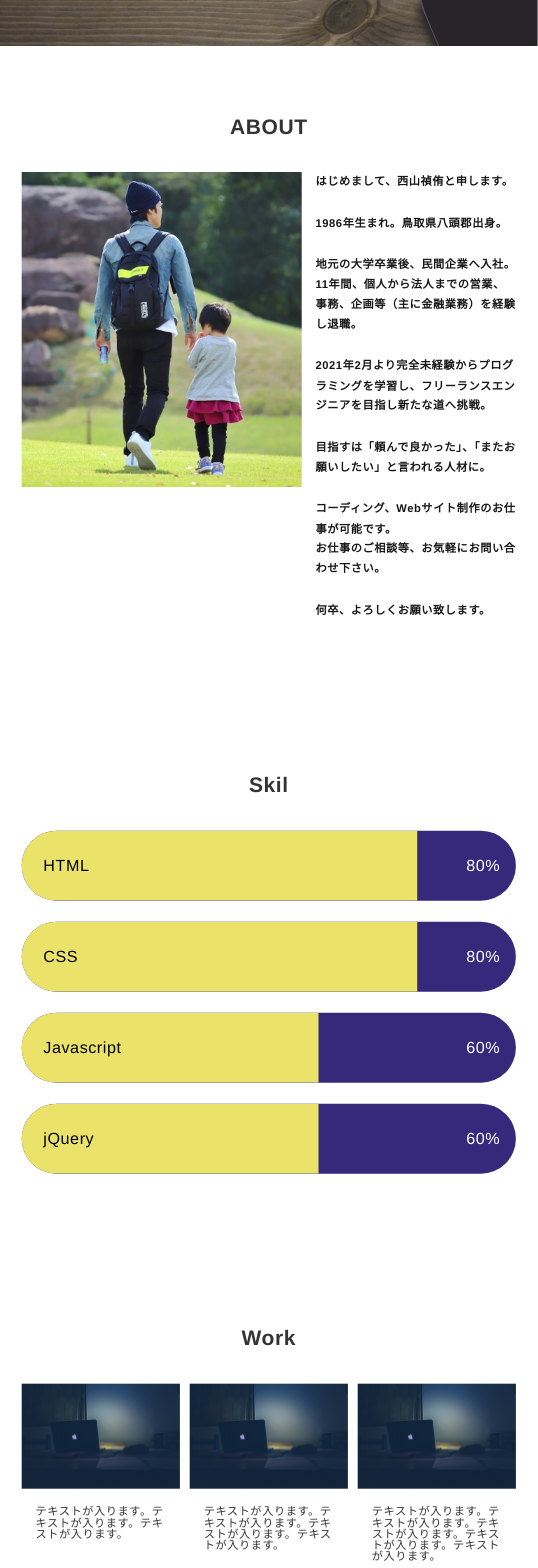
Repository: sadayuki15/portfolio
Page: index.html
The author's editor kept a copy of each file at every save. The page is drawn from the files as they stood at one save, then again after a run of saves.
The browser window is 768 px wide. The pictures show the part of the page from y = 734 to 2974 px (the page is 3907 px tall before and 4213 px after), at 70% of full size.

Above is the page before, as saved 2021-04-26 02:10:47.

### index.html
<!DOCTYPE html>
<html lang="ja">
<head>
  <meta charset="UTF-8">
  <meta http-equiv="X-UA-Compatible" content="IE=edge">
  <meta name="viewport" content="width=device-width, initial-scale=1.0">
  <link rel="stylesheet" href="./css/reset.css">
  <link rel="stylesheet" href="./css/style.css">
  <title>Document</title>
</head>
<body>
  <!-- header -->
  <header class="header">
    <div class="header-inner">
      <h1 class="header-title">PortFolio</h1>
      <nav class="header-nav">
        <ul class="nav-list">
          <li class="nav-item"><a href="#">Home</a></li>
          <li class="nav-item"><a href="#">About</a></li>
          <li class="nav-item"><a href="#">Skil</a></li>
          <li class="nav-item"><a href="#">Work</a></li>
          <li class="nav-item"><a href="#">Contact</a></li>
        </ul>
      </nav>
      <button id="burger-btn">
        <span class="bar bar_top"></span>
        <span class="bar bar_mid"></span>
        <span class="bar bar_bottom"></span>
      </button>
    </div>
  </header>
  <!-- //header -->

  <main>
  <!-- fv -->
  <div class="fv">
    <div class="main-copy">
      <p class="main-title">
        SADAYUKI<br>
        NISIYAMA
      </p>
    </div>
  </div>
  <!-- //fv -->

  <!-- About -->
  <div class="section-wrapper">
    <h2 class="section-title">ABOUT</h2>
    <div class="section-inner about">
      <div class="about-img-wrapper">
        <img calss="ab-img" src="./img/about1.jpg" alt="">
      </div>
      <div class="about-contents">
        <p class="about-text">
          はじめまして、西山禎侑と申します。
        </p>
        <p class="about-text">
          1986年生まれ。鳥取県八頭郡出身。
        </p>
        <p class="about-text">
          地元の大学卒業後、民間企業へ入社。11年間、個人から法人までの営業、事務、企画等（主に金融業務）を経験し退職。
        </p>
        <p class="about-text">
          2021年2月より完全未経験からプログラミングを学習し、フリーランスエンジニアを目指し新たな道へ挑戦。
        </p>
        <p class="about-text">
          目指すは「頼んで良かった」、「またお願いしたい」と言われる人材に。
        </p>
        <p class="about-text">
          コーディング、Webサイト制作のお仕事が可能です。<br>
          お仕事のご相談等、お気軽にお問い合わせ下さい。
        </p>
        <p class="about-text">
          何卒、よろしくお願い致します。
        </p>
      </div>
    </div>
  </div>
  <!-- //About -->

  <!-- skil -->
  <div class="section-wrapper">
    <h2 class="section-title">Skil</h2>
    <div class="section-inner">
      <div class="chart">
        <div id="board">
          <div class="row">
            <span class="label">HTML</span>
            <div class="bar-wrap">
              <div class="bar" data-value="80"></div>
            </div>
            <span class="number">80%</span>
          </div><!-- row -->
          <div class="row">
            <span class="label">CSS</span>
            <div class="bar-wrap">
              <div class="bar" data-value="80"></div>
            </div>
            <span class="number">80%</span>
          </div><!-- row -->
          <div class="row">
            <span class="label">Javascript</span>
            <div class="bar-wrap">
              <div class="bar" data-value="60"></div>
            </div>
            <span class="number">60%</span>
          </div><!-- row -->
          <div class="row">
            <span class="label">jQuery</span>
            <div class="bar-wrap">
              <div class="bar" data-value="60"></div>
            </div>
            <span class="number">60%</span>
          </div><!-- row -->
        </div><!-- board -->
      </div><!-- chart -->
    </div>
  </div>
  <!-- //skil -->

  <!-- works -->
  <div class="section-wrapper">
    <h2 class="section-title">Work</h2>
    <div class="section-inner">
      <ul class="work-list">
        <li class="work-item">
          <a href="">
            <div class="work-img">
              <img src="./img/top2.jpg" alt="">
            </div>
            <p class="work-text">テキストが入ります。テキストが入ります。テキストが入ります。</p>
          </a>
        </li>
        <li class="work-item">
          <a href="">
            <div class="work-img">
              <img src="./img/top2.jpg" alt="">
            </div>
            <p class="work-text">テキストが入ります。テキストが入ります。テキストが入ります。テキストが入ります。</p>
          </a>
        </li>
        <li class="work-item">
          <a href="">
            <div class="work-img">
              <img src="./img/top2.jpg" alt="">
            </div>
            <p class="work-text">テキストが入ります。テキストが入ります。テキストが入ります。テキストが入ります。テキストが入ります。</p>
          </a>
        </li>
      </ul>
    </div>
  </div>
  <!-- //works -->

  <!-- contact -->
  <div class="section-wrapper">
    <h2 class="section-title">Contact</h2>
    <div class="section-inner">
      <form action="https://docs.google.com/forms/u/0/d/e/1FAIpQLSfCjsqzzj8C34UUE0Mi2WnerATBCsd4cWR83YcoPwhWItEpFQ/formResponse">
        <ul class="contact-list">
          <li class="contact-item">
            <label for="name" class="contact-label">お名前</label>
          </li>
          <li class="contact-item">
            <input id="name" class="input-text" type="text" name="entry.32834570" placeholder="制作太郎">
          </li>
        </ul>
        <ul class="contact-list">
          <li class="contact-item">
            <label for="name" class="contact-label">フリガナ</label>
          </li>
          <li class="contact-item">
            <input id="name" class="input-text" type="text" name="entry.382189680" placeholder="フリガナ">
          </li>
        </ul>
        <ul class="contact-list">
          <li class="contact-item">
            <label for="email" class="contact-label">メールアドレス</label>
          </li>
          <li class="contact-item">
            <input id="email" class="input-text" type="text" name="entry.303714741" placeholder="example@mail.co.jp">
          </li>
        </ul>
        <ul class="contact-list">
          <li class="contact-item">
            <label for="msg" class="contact-label">お問い合わせ内容</label>
          </li>
          <li class="contact-item">
            <textarea id="msg" name="entry.1496098719" placeholder="お気軽にお問い合わせください。"></textarea>
          </li>
        </ul>
        <div class="contact-btn">
          <button class="submit-btn" type="submit" name="button" value="送信">送信する</button>
        </div>
      </form>
    </div>
  </div>
  <!-- //contact -->







  </main>



  <script src="jquery-3.6.0.min.js"></script>
  <script src="index.js"></script>
</body>
</html>

### css/style.css
html {
  font-size: 62.5%;
}
body {
  font-size: 1.6rem;
  letter-spacing: .05em;
  color: #171717;
  font-family: Helvetica, '游ゴシック', 'Yu Gothic', YuGothic, HiraKakuProN-W3, 'メイリオ', Meiryo, sans-serif;
}
ul {
  text-decoration: none;
}
li {
  list-style: none;
}
a {
  text-decoration: none;
}
img {
  width: 100%;
  vertical-align: bottom;
}
/*-------共通-------*/
.section-wrapper {
  padding: 100px 0 100px;
  margin-bottom: 50px;
}
.section-title{
  max-width: 1000px;
  color: #333;
  font-size: 6rem;
  margin: 0 auto 80px;
  padding: 0 30px;
  text-align: center;
}
.section-inner {
  max-width: 1000px;
  margin: 0 auto;
  padding: 0 50px;
}


/*-------header-------*/
.header {
  width: 100%;
  padding: 19px 30px;
  position: absolute;
  top: 0;
  left: 0;
  z-index: 1;
  transition: .3s;
  color: #fff;
  box-sizing: border-box;
}
.header-inner {
  max-width: 1200px;
  margin: 0 auto;
  display: flex;
  justify-content: space-between;
  align-items: center;
  box-sizing: border-box;
}
.header-title {
  font-size: 2.6rem;
}
.nav-list {
  display: flex;
}
.nav-item a {
  display: block;
  color: #fff;
  font-weight: bold;
  text-decoration: none;
  transition: .3s;
}
.nav-item {
  margin-right: 30px;
}
.nav-item:last-of-type {
  margin-right: 0;
}
.nav-item a:hover {
  opacity: .7;
  transition: .3s;
  text-decoration: 3px underline;
}
#burger-btn {
  display: none;
}

/*-------fv-------*/
.fv {
  width: 100%;
  height: 100vh;
  min-height: 550px;
  background-image: url(../img/fv-top.jpg);
  background-size: cover;
  background-position: center;
  /* position: relative; */
}
.main-copy {
  position: absolute;
  bottom: 19%;
  left: 8.3%;
  color: #fff;
  font-weight: bold;
}
.main-title{
  font-size: 10vw;
  text-align: center;
}

.about{
  display: flex;
  justify-content: space-between;
}
.about-img-wrapper {
  max-width: 400px;
  margin-right: 20px;
}
.ab-img {
  width: 100%;
}
.about-text {
  max-width: 500px;
  margin-bottom: 30px;
  line-height: 1.8;
  font-weight: bold;
}

/*-------skil-------*/
.content {
  width: 100%;
  height: 200px;
  line-height: 200px;
  text-align: center;
}
.chart {
  max-width: 1000px;
  margin: 0 auto;
}
.chart .row {
  position: relative;
  height: 100px;
  margin-bottom: 25px;
}
.chart .row span {
  color: #000;
  font-size: 1.8rem;
}
.chart .row span.label {
  position: absolute;
  top: 35px;
  left: 3%;
  padding-left: 10px;
  text-align: left;
  line-height: 30px;
  z-index: 10;
}
.chart .row .bar-wrap {
  position: relative;
  background: #36297c;
  width: 100%;
  height: 100%;
  overflow: hidden;
  border-radius: 50px;
}
.chart .row .bar-wrap .bar {
  position: absolute;
  top: 0;
  left: 0;
  height: 100%;
  background: #ebe26a;
  transition: all 1s;
  transform: translateX(-100%);
}
.chart .row .bar-wrap .bar.no {
  transform: translateX(0%);
}
.chart .row span.number {
  position: absolute;
  top: 35px;
  right: 3%;
  width: 40px;
  padding-right: 10px;
  text-align: right;
  line-height: 28px;
  z-index: 10;
  color: #fff;
}

/*-------work-------*/
.work-list {
  max-width: 1000px;
  margin: 0 auto;
  display: flex;
  justify-content: space-between;
}
.work-item {
  width: 32%;
}
.work-item a {
  color: #333;
}
.work-text {
  padding: 25px 20px;
}

/*-------contact-------*/
.contact-list {
  max-width: 700px;
  margin: 0 auto 30px;
  padding: 0 50px;
}
.contact-item {
  margin-bottom: 5px;
}
.contact-item:last-of-type {
  margin-bottom: 0;
}
.contact-label {
  display: block;
  font-weight: bold;
  font-size: 20px;
  padding: 0 8px;
}
input,textarea {
  resize: none;
  appearance: none;
  -webkit-appearance: none;
  outline: none;
  border: 3px solid #333;
  width: 100%;
  color: #333;
  box-sizing: border-box;
  border-radius: 10px;
  font-size: 20px;
}
.input-text {
  padding: 0 8px;
  line-height: 35px;
}
.input-text:focus {
  background-color: #eaf6fd;
}
textarea {
  height: 150px;
  padding: 0 8px;
  line-height: 30px;
}
textarea:focus {
  background-color: #eaf6fd;
}
.contact-btn {
  text-align: center;
  max-width: 700px;
  margin: 0 auto;
}
button {
  background-color: transparent;
  border: none;
  cursor: pointer;
  outline: none;
  padding: 0;
  appearance: none;
}
.submit-btn {
  display: block;
  width: 235px;
  line-height: 60px;
  margin: 0 auto;
  background-color: #d61010;
  box-shadow: 0 0 6px #1B1310;
  border-radius: 30px;
  text-align: center;
  color: #171717;
  font-weight: bold;
  transition: .3s;
  border: none;
  font-size: 20px;
}
.submit-btn:hover {
  opacity: .9;
  transition: .3s;
  cursor: pointer;
}

/*-------media-------*/
@media screen and (min-width: 1000px) {
  .chart .row {
    margin-bottom: 30px;
  }
  .chart .row span {
    color: #000;
    font-size: 3rem;
  }
}

@media screen and (max-width: 1000px) {
  .chart .row {
    margin-bottom: 30px;
  }
  .chart .row span {
    color: #000;
    font-size: 3vw;
  }
}

@media screen and (max-width:768px) {
  /*-------- base_sp -------*/
  .section-wrapper {
    padding: 100px 0 40px;
  }
  .section-title {
    padding: 0 4vw;
    font-size: 3rem;
    margin-bottom: 50px;
  }
  .section-title:after {
    width: 90px;
  }
  .section-inner {
    padding: 0 4vw;
  }

  /*-------- header -------*/
  .header-nav {
    position: fixed;
    top: -110%;
    left: 0;
    right: 0;
    width: 100%;
    height: 100vh;
    background: rgba(0,0,0,0.9);
    color: #ffffff;
    display: flex;
    align-items: center;
    justify-content: center;

    /* 上からスライド */
    transition: top 0.5s;
  }
  .nav-list {
    display: block;
  }
  .nav-item {
    margin-bottom: 20px;
  }

#burger-btn .bar {
  display: block;
  background-color: #fff;
  width: 30px;
  height: 3px;
  transition: .3s;
}
.bar_top,
.bar_mid {
  margin-bottom: 8px;
}

#burger-btn.cross .bar_top {
  transform: rotate(45deg) translate(8px,8px);
  transition: .3s;
}
#burger-btn.cross .bar_mid {
  opacity: 0;
  transition: .3s;
}
#burger-btn.cross .bar_bottom {
  transform: rotate(-45deg) translate(8px,-8px);
  transition: .3s;
}
body.noscroll {
  overflow: hidden;
}

/* ナビゲーションボタン（開く） */
#burger-btn{
  display: block;
  top: 15px;
  padding: 0;
  outline: none;
  border: none;
  background: none;
  width: 30px;
  height: 20px;
  cursor: pointer;
}
.open .header-nav{
  top: 0;
}
.open #burger-btn{
  z-index: 100;
}

/*-------- fv -------*/
.main-copy {
  top: 60%;
  left: 50%;
  transform: translate(-60%,-50%);
}
.main-title {
  font-size: 11vw;
  white-space: nowrap;
}

/*-------- fv -------*/
.about {

}


}

### index.js
function generateChart(wrapper) {
  let values = [];

  $(wrapper + ' .bar').each(function(index, el) {
    values.push($(this).data('value'));
  });

  $(wrapper + ' .bar').each(function(index, el) {
    let bar = $(this);
    let value = bar.data('value');

    bar.width(value + '%');

    let board = $('#board');
    let boardO = board.offset().top;
    let boardH = board.height();
    let windowH = $(window).height();
    let windowS = $(window).scrollTop();

    if(windowS > boardO - windowH + (windowH / 2) && windowS < boardO + boardH - (boardH / 2)){
      bar.addClass('no');
    }
  });
}

$(window).on('scroll', function(event) {
  generateChart('#board');
});

document.getElementById("burger-btn").onclick = function(){
  document.querySelector('html').classList.toggle('open');
  $(this).toggleClass('cross');
  $('body').toggleClass('noscroll');
}

Loaded but not shown: css/reset.css (common file); jquery-3.6.0.min.js (library)

After the next 4 saves:
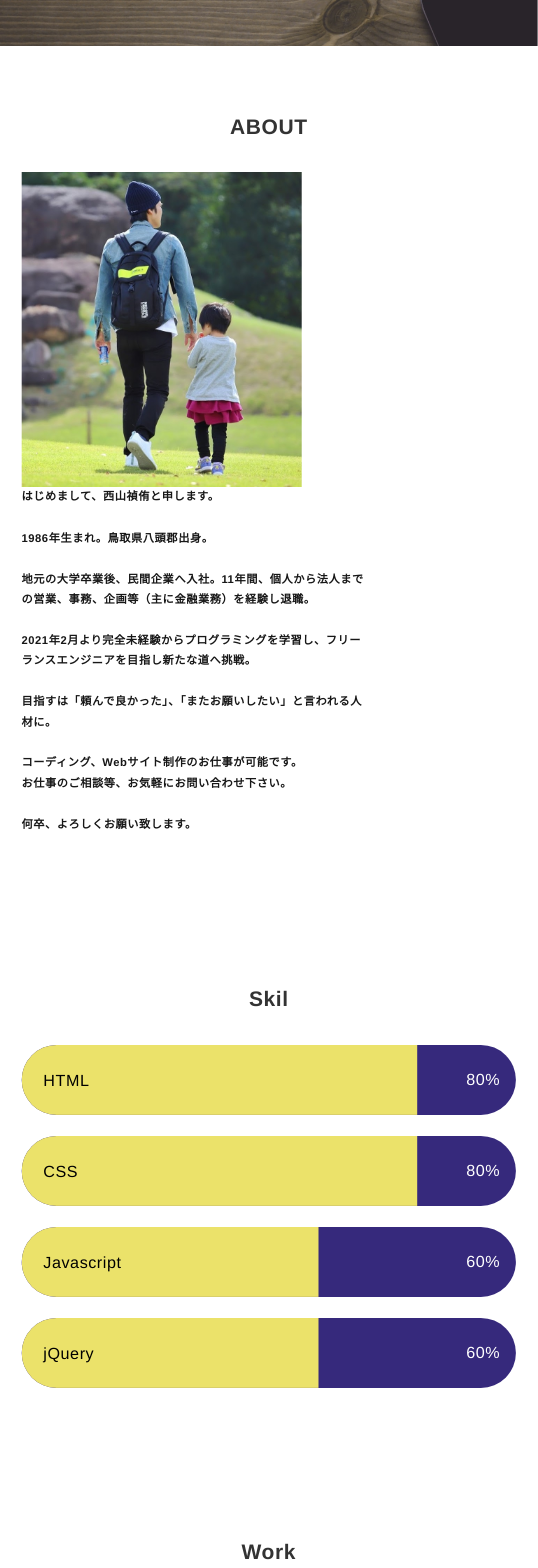
The 4 saves are shown as one change because they came seconds apart.
The last was saved 10 s later.
--- a/css/style.css
+++ b/css/style.css
@@ -407,8 +407,8 @@ body.noscroll {
 
 /*-------- fv -------*/
 .about {
-
-}
-
-
-}
+  display: block;
+}
+
+
+}
